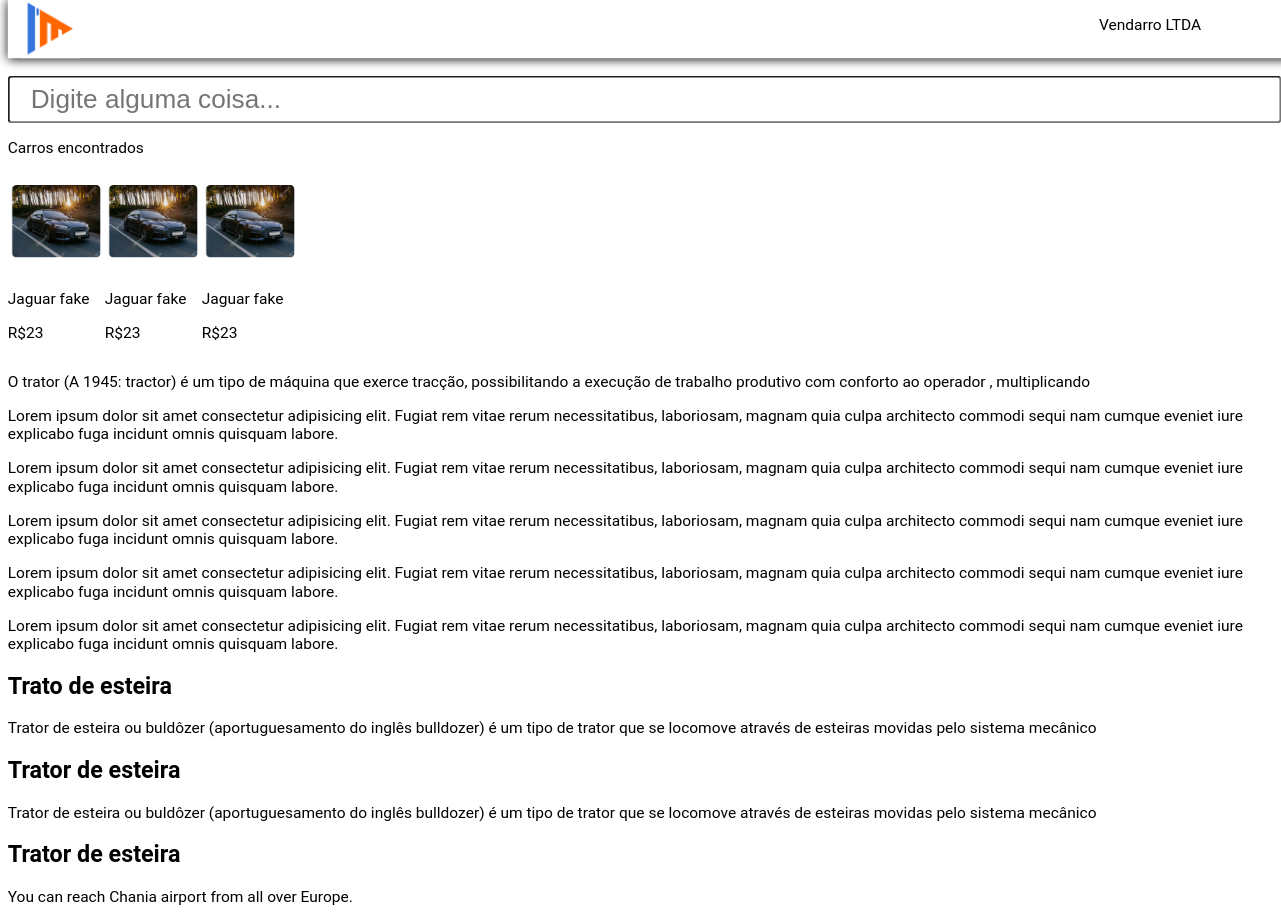
Repository: ecrseer/pesquisa-carros-html
Page: index.html
An editor plug-in stored every save of this project. The page is shown before and after the next save, followed by the edit.
The browser window is 1280 px wide. The page is 1321 px wide, so the pictures cover 1321 px, including what lies to the right of the window. The pictures show the whole page, at 97% of full size.

Above is the page before, as saved 2022-01-21 17:08:38.

After the next save:
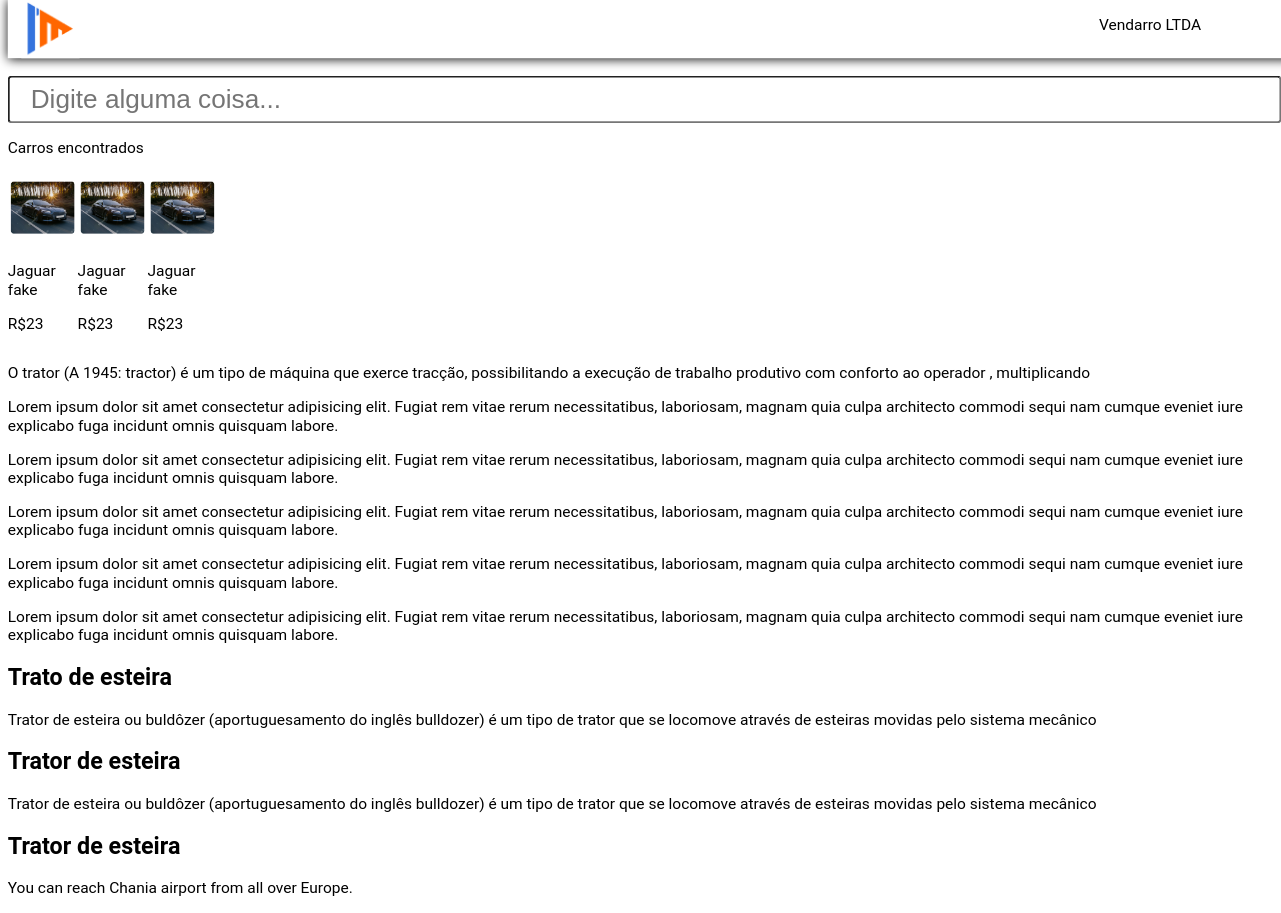
Saved 6 s later.
--- a/index.css
+++ b/index.css
@@ -38,7 +38,7 @@
   }
   .grid{
     display: grid;
-    grid-template-columns: repeat(auto-fill, 100px)
+    grid-template-columns: repeat(auto-fill, 10vh)
   }
   .card{
 
